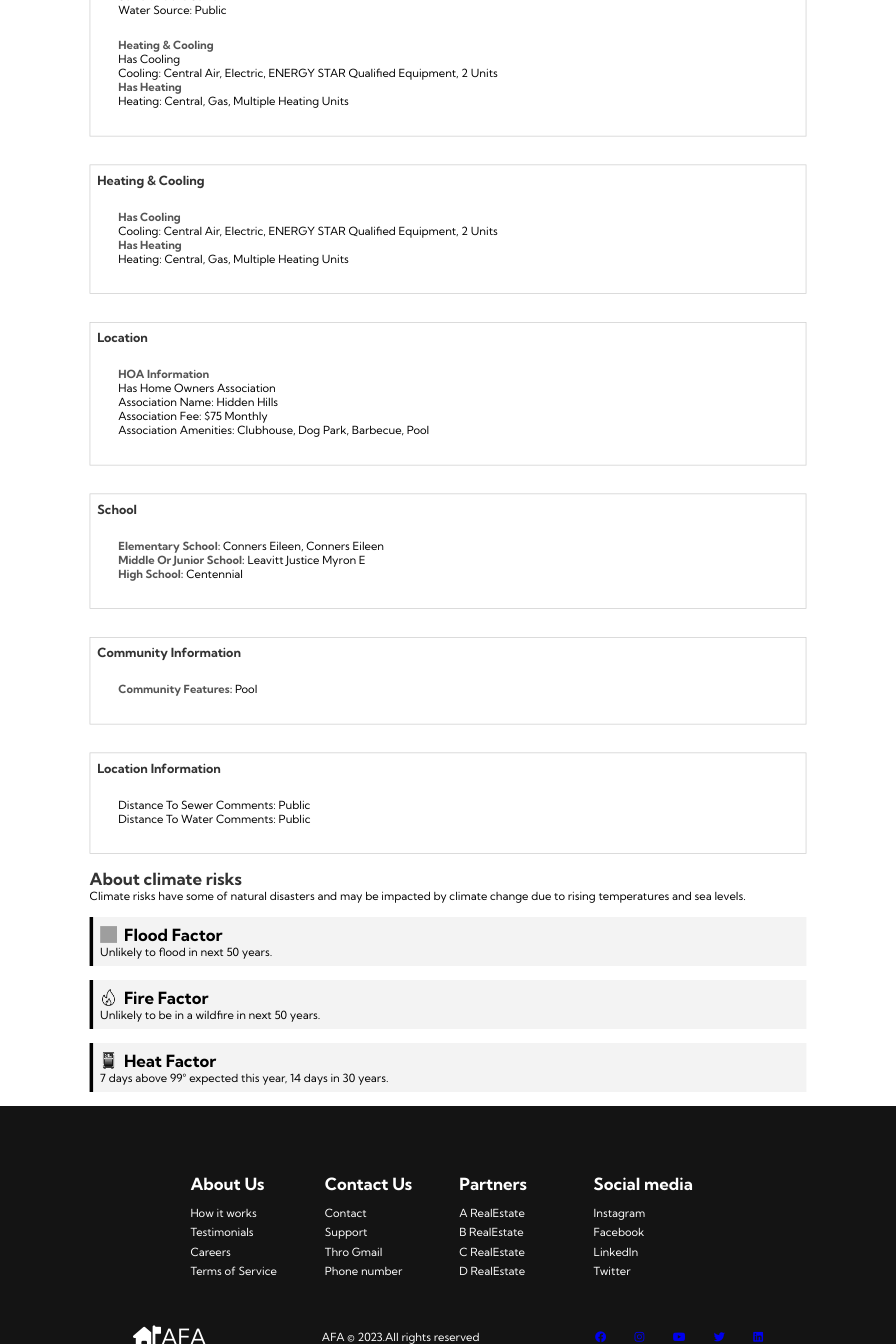
Repository: MrAllin1/ProgWWW_23_Gr1
Page: pages/House4.html
The author's editor kept a copy of each file at every save. The page is drawn from the files as they stood at one save, then again after the next save.
The browser window is 1280 px wide. The pictures show the part of the page from y = 4270 to 6190 px (the page is 6280 px tall before and 6165 px after), at 70% of full size.
Pictures or frames that could not be fetched are drawn as grey boxes. Some web libraries are served in a nearby version.

Above is the page before, as saved 2024-01-11 12:28:17.

### pages/House4.html
<!DOCTYPE html>
<html lang="en">
<head>
    <meta charset="UTF-8">
    <meta name="viewport" content="width=device-width, initial-scale=1.0">
    <link rel="stylesheet" type="text/css" href="../pages/stylesForHouse.css">
    <script src="https://kit.fontawesome.com/186711ed6a.js" crossorigin="anonymous"></script>
    <link rel="preconnect" href="https://fonts.googleapis.com">
    <link rel="preconnect" href="https://fonts.gstatic.com" crossorigin>
    <link href="https://fonts.googleapis.com/css2?family=Kumbh+Sans:wght@400;700&display=swap" rel="stylesheet">
    <link rel="stylesheet" href="https://cdnjs.cloudflare.com/ajax/libs/font-awesome/5.15.4/css/all.min.css">
    <title>House on Porter Ranch</title>
</head>
<body>
    <nav class="navbar">
        <div class="navbar_container">
            <a href="/" id="navbar_logo"> <i class="fas fa-house-flag"></i>AFA</a>
            <div class="navbar_toggle" id="mobile-menu">
                <span class="bar"></span>
                <span class="bar"></span>
                <span class="bar"></span>
            </div>
            <ul class="navbar_menu">
                <li class="navbar_item">
                    <a href="#home" class="navbar_link">Home</a>
                </li>
                <li class="navbar_item">
                    <a href="#services" class="navbar_link">Services</a>
                </li>
                <li class="navbar_item">
                    <a href="/pages/BuyRent.html" class="navbar_link">Buy/Rent</a>
                </li>
                <li class="navbar_item">
                    <a href="/pages/sell.html" class="navbar_link">Sell</a>
                </li>
                <li class="navbar_btn">
                    <a href="/pages/signUp.html" class="button">Sign Up</a>
                </li>
            </ul>
        </div>
    </nav>
    <div class="gallery-container">
        <h1>Welcome to the Porter Ranch, CA 91326 House</h1> </br>
        <a href="https://www.google.com/maps/place/20352+Via+Galileo,+Porter+Ranch,+CA+91326" target="_blank" class="services_link">20352 Via Galileo, Porter Ranch, CA 91326</a>
        <p>$2,149,000</p>
        <span>439 square meters</span>
        <div class="gallery">
            <img src="/images/House_5/item_1.jpg" alt="Image 1" />
            <img src="/images/House_5/item_2.jpg" alt="Image 2" />
            <img src="/images/House_5/item_3.jpg" alt="Image 3" />
            <img src="/images/House_5/item_4.jpg" alt="Image 4" />
            <img src="/images/House_5/item_5.jpg" alt="Image 5" />
            <img src="/images/House_5/item_6.jpg" alt="Image 6" />
            <img src="/images/House_5/item_7.jpg" alt="Image 7" />
            <img src="/images/House_5/item_8.jpg" alt="Image 8" />
            <img src="/images/House_5/item_9.jpg" alt="Image 9" />
            <img src="/images/House_5/item_10.jpg" alt="Image 10" />
            <img src="/images/House_5/item_11.jpg" alt="Image 11" />
            <img src="/images/House_5/item_12.jpg" alt="Image 12" />
            <img src="/images/House_5/item_13.jpg" alt="Image 13" />
            <img src="/images/House_5/item_14.jpg" alt="Image 14" />
            <img src="/images/House_5/item_15.jpg" alt="Image 15" />
            <img src="/images/House_5/item_16.jpg" alt="Image 16" />
            <img src="/images/House_5/item_17.jpg" alt="Image 17" />
            <img src="/images/House_5/item_18.jpg" alt="Image 18" />
            <img src="/images/House_5/item_19.jpg" alt="Image 19" />
            <img src="/images/House_5/item_20.jpg" alt="Image 20" />
            <img src="/images/House_5/item_21.jpg" alt="Image 21" />
            <img src="/images/House_5/item_22.jpg" alt="Image 22" />
            <img src="/images/House_5/item_23.jpg" alt="Image 23" />
            <img src="/images/House_5/item_24.jpg" alt="Image 24" />
            <img src="/images/House_5/item_25.jpg" alt="Image 25" />
            <img src="/images/House_5/item_26.jpg" alt="Image 26" />
            <img src="/images/House_5/item_27.jpg" alt="Image 27" />
            <img src="/images/House_5/item_28.jpg" alt="Image 28" />
            <img src="/images/House_5/item_29.jpg" alt="Image 29" />
            <img src="/images/House_5/item_30.jpg" alt="Image 30" />
            <img src="/images/House_5/item_31.jpg" alt="Image 31" />
            <img src="/images/House_5/item_32.jpg" alt="Image 32" />
            <img src="/images/House_5/item_33.jpg" alt="Image 33" />
            <img src="/images/House_5/item_34.jpg" alt="Image 34" />
            <img src="/images/House_5/item_35.jpg" alt="Image 35" />
            <img src="/images/House_5/item_36.jpg" alt="Image 36" />
            <img src="/images/House_5/item_37.jpg" alt="Image 37" />
            <img src="/images/House_5/item_38.jpg" alt="Image 38" />
            <img src="/images/House_5/item_39.jpg" alt="Image 39" />
            <img src="/images/House_5/item_40.jpg" alt="Image 40" />
            <img src="/images/House_5/item_41.jpg" alt="Image 41" />
            <img src="/images/House_5/item_42.jpg" alt="Image 42" />
            <img src="/images/House_5/item_43.jpg" alt="Image 43" />
            <img src="/images/House_5/item_44.jpg" alt="Image 44" />
            <img src="/images/House_5/item_45.jpg" alt="Image 45" />
            <img src="/images/House_5/item_46.jpg" alt="Image 46" />
            <img src="/images/House_5/item_47.jpg" alt="Image 47" />
            <img src="/images/House_5/item_48.jpg" alt="Image 48" />
            <img src="/images/House_5/item_49.jpg" alt="Image 49" />
        </div>

          <button class="arrow-button left">&#8249;</button>
          <button class="arrow-button right">&#8250;</button>
          <p><strong> About this home</strong></br> Indulge in luxury living amidst panoramic sunset views within the esteemed gated community of Renaissance at Porter Ranch. Enter this two-story 4,721 sqft estate through a spacious foyer accented by floating marble stairs and an iron-rod spiral staircase leading to the upper level. The main floor boasts a high ceiling living room anchored by a fireplace over travertine flooring. The family room is bathed in natural light streaming from glass large window that faces the yard for spectacular unobstructed hillside views. Adjacent to the family area is the gourmet kitchen, outfitted with stainless steel appliances and cabinetry. The main level also features a versatile space, and two convenient bedrooms with an attached bathroom for each. The expansive backyard boasts magnificent sunset views, a spacious solar-heated pool with fountain filtration, a spa, and a fireplace. Ascending to the upper level reveals a sizable den that can be used as an office or a game room, offering a spacious retreat. The generously proportioned master suite exudes comfort and luxury, boasting hardwood floor and marble flooring in the master bath, which includes a charming soaking tub with a jacuzzi nestled between his and her vanities. A standing glass hot steam shower offers the luxury of relaxation, while the expansive walk-in closet offers abundant storage. To conclude, the master suite has a retreat room with large window and a walk-in closet that is suited for a gym, a spacious retreat or an office. Two additional bedrooms, each with its own bathroom, contribute to the home's functional yet elegant design. Throughout, large windows showcase the surrounding natural beauty of Porter Ranch, providing a serene ambiance throughout the residence. Convenience is at your doorstep, with Whole Foods, Starbucks, and numerous popular dining destinations just minutes away at the Vineyards. The property sits near the award-winning K-8 school. Embrace an active lifestyle with nearby hiking trails and nature, while shopping options offer a vibrant city-life experience.</p>
    </div>
</br>
    <div class="property-features">
      <div class="feature">
        <i class="far fa-clock"></i> 3 weeks on AFA
      </div>
      <div class="feature">
        <i class="fas fa-warehouse"></i> 2 garage spcaces
      </div>
      <div class="feature">
        <i class="fas fa-home"></i> Single family
      </div>
      <div class="feature">
        <i class="fas fa-landmark"></i> 983 square meters
      </div>
      <div class="feature">
        <i class="fas fa-fan"></i> Has A/C
      </div>
      <div class="feature">
        <i class="fas fa-hand-holding-usd"></i> $330 monthly HOA fee
      </div>
      <div class="feature">
        <i class="fas fa-tools"></i> Built in 2022
      </div>
      <div class="feature">
        <i class="fas fa-map-marker-alt"></i> Porter Ranch
      </div>
      <div class="feature">
        <i class="fas fa-soap"></i>In-unit laundry (washer and dryer)
      </div>
      <div class="feature">
        <i class="fas fa-dollar-sign"></i> $200 for sq m
    </div>
      <div class="feature">
        <i class="fas fa-home"></i> PORA - Porter Ranch
      </div>
    </div>
    <div class="container">
        <h1>Property details for 10770 Maltese Falcon Ave</h1>
        <div class="details">
            <div class="section">
                <h2>Parking</h2>
                <ul>
                    <li><strong>Garage/Carport Information</strong><br>
                        Has Garage<br>
                        Has Attached Garage<br>
                        # of Garage Spaces: 2</li>
                    <li><strong>Parking</strong> Features: Attached, Finished Garage, Garage, Garage Door Opener, Guest </li>
                </ul>
            </div>
        </div>

        <div class="details">
            <div class="section">
                <h2>Interior</h2>
                <ul>
                    <li><strong>Virtual Tour</strong><br>
                        Virtual Tour Unbranded 1 (External Link)
                    </li>
                    <li><strong>Bedroom Information</strong><br>
                        # of Bedrooms Possible: 5
                    </li>
                    <li><strong>Bathroom Information</strong><br>
                        # of Full Bathrooms: 3
                    </li>
                    <li><strong>Room Information</strong><br>
                        # of Rooms (Total): 8
                    </li>
                    <li><strong>Room 1 Information</strong><br>
                        Primary Bedroom<br>
                        Description: Walk-In Closet(s)<br>
                        Dimensions: 17x15
                    </li>
                    <li><strong>Room 2 Information</strong><br>
                        Kitchen<br>
                        Description: Island, Walk-in Pantry
                    </li>
                    <li><strong>Room 3 Information</strong><br>
                        Family Room<br>
                        Description: Downstairs<br>
                        Dimensions: 19x17
                    </li>
                    <li><strong>Room 4 Information</strong><br>
                        Dining Room<br>
                        Description: Family Room/Dining Combo<br>
                        Dimensions: 12x7
                    </li>
                    <li><strong>Room 5 Information</strong><br>
                        Loft<br>
                        Description: Family Room<br>
                        Dimensions: 16x15
                    </li>
                    <li><strong>Room 6 Information</strong><br>
                        Bedroom 4<br>
                        Description: Closet, Downstairs<br>
                        Dimensions: 11x10
                    </li>
                    <li><strong>Room 7 Information</strong><br>
                        Bedroom 3<br>
                        Description: Closet<br>
                        Dimensions: 12x10
                    </li>
                    <li><strong>Room 8 Information</strong><br>
                        Bedroom 2<br>
                        Description: Closet<br>
                        Dimensions: 12x11
                    </li>
                    <li><strong>Laundry Information</strong><br>
                        Features: Gas Dryer Hookup, Laundry Room, Upper Level
                    </li>
                    <li><strong>Equipment</strong><br> Appliances: Built-In Gas Oven, Dryer, Dishwasher, Gas Cooktop, Disposal, Microwave, Refrigerator, Washer
                    </li>
                    <li><strong>Interior Features</strong><br>Window Features: Blinds, Double Pane Windows, Drapes, Insulated Windows, Window Treatments<br> Unfurnished<br>
                        Flooring: Laminate, Tile<br> Other Features: Bedroom on Main Level, None, Window Treatments, Programmable Thermostat
                    </li>
                </ul>
            </div>
        </div>

        <div class="details">
            <div class="section">
                <h2>Exterior</h2>
                <ul>
                    <li><strong>Building Information</strong><br> Stories: 2<br>  Year Built Details: RESALE<br>
                        Roof Details: Tile
                    </li>
                    <li><strong>Exterior Features</strong><br>
                        Exterior Features: Barbecue, Patio, Private Yard, Sprinkler/Irrigation<br>
                        Patio And Porch Features: Covered, Patio<br>
                        Security Features: Pre Wired, Security System Owned, Controlled Access<br>
                        Fencing: Block, Back Yard
                    </li>
                    <li><strong>Green Features</strong><br>
                        Green Energy Efficient: Windows, HVAC, Solar Panel(s)
                    </li>
                    <li><strong>Pool Information</strong><br>
                        Pool Features: Community
                    <li><strong>Lot Information</strong><br>Lot Size Area: 0.08<br>Lot Size Acres: 0.08<br>Lot Features:Back Yard, Desert Landscaping, Front Yard, Sprinklers In Front, Landscaped, Sprinklers Timer, < 1/4 Acre
                    <li><strong>Property Information</strong><br>Direction Faces: South<br>Resale</br>Zoning Description: Single Family</li>
                </ul>
            </div>
        </div>

        <div class="details">
            <div class="section">
                <h2>Financial</h2>
                <ul>
                    <li><strong>Tax Information</strong><br>
                        Annual Amount: $5,279
                    </li>
                </ul>
            </div>
        </div>

        <div class="details">
            <div class="section">
                <h2>Utilities</h2>
                <ul>
                    <li><strong>Utility Information</strong><br>
                        Utilities: Underground Utilities<br>
                        Electric: Photovoltaics Third-Party Owned<br>
                        Sewer: Public Sewer<br>
                        Water Source: Public
                    </li>
                    <li><strong>Heating & Cooling</strong><br>Has Cooling<br>
                        Cooling: Central Air, Electric, ENERGY STAR Qualified Equipment, 2 Units<br>
                        <strong>Has Heating</strong><br>
                        Heating: Central, Gas, Multiple Heating Units
                </ul>
            </div>
        </div>

        <div class="details">
            <div class="section">
                <h2>Heating & Cooling</h2>
                <ul>
                    <li><strong>Has Cooling</strong><br>
                        Cooling: Central Air, Electric, ENERGY STAR Qualified Equipment, 2 Units<br>
                        <strong>Has Heating</strong><br>
                        Heating: Central, Gas, Multiple Heating Units
                    </li>
                </ul>
            </div>
        </div>

        <div class="details">
            <div class="section">
                <h2>Location</h2>
                <ul>
                    <li><strong>HOA Information</strong><br>
                        Has Home Owners Association<br>
                        Association Name: Hidden Hills<br>
                        Association Fee: $75 Monthly<br>
                        Association Amenities: Clubhouse, Dog Park, Barbecue, Pool
                    </li>
                </ul>
            </div>
        </div>

        <div class="details">
            <div class="section">
                <h2>School</h2>
                <ul>
                    <li><strong>Elementary School:</strong> Conners Eileen, Conners Eileen<br>
                        <strong>Middle Or Junior School:</strong> Leavitt Justice Myron E<br>
                        <strong>High School:</strong> Centennial
                    </li>
                </ul>
            </div>
        </div>

        <div class="details">
            <div class="section">
                <h2>Community Information</h2>
                <ul>
                    <li><strong>Community Features:</strong> Pool</li>
                </ul>
            </div>
        </div>

        <div class="details">
            <div class="section">
                <h2>Location Information</h2>
                <ul>
                    <li>Distance To Sewer Comments: Public<br>Distance To Water Comments:</strong> Public
                    </li>
                </ul>
            </div>
        </div>
    </div>


      <div class="container">
        <h1>About climate risks</h1>
        <p>Climate risks have some of natural disasters and may be impacted by climate change due to rising temperatures and sea levels.</p>

        <div class="risk-factor" id="floodRisk">
            <h2>Flood Factor</h2>
            <p>Unlikely to flood in next 50 years.</p>
        </div>

        <div class="risk-factor" id="fireRisk">
            <h2>Fire Factor</h2>
            <p>Unlikely to be in a wildfire in next 50 years.</p>
        </div>

        <div class="risk-factor" id="heatRisk">
            <h2>Heat Factor</h2>
            <p>7 days above 99° expected this year, 14 days in 30 years.</p>
        </div>
    </div>
    <div class="footer_container">
        <div class="footer_links">
            <div class="footer_link-wrapper">
                <div class="footer_link-items">
                    <h2>About Us</h2>
                    <a href="/">How it works</a>
                    <a href="/">Testimonials</a>
                    <a href="/">Careers</a>
                    <a href="/">Terms of Service</a>
                </div>
                <div class="footer_link-items">
                    <h2>Contact Us</h2>
                    <a href="/">Contact</a>
                    <a href="/">Support</a>
                    <a href="/">Thro Gmail</a>
                    <a href="/">Phone number</a>
                </div>
            </div>
            <div class="footer_link-wrapper">
                <div class="footer_link-items">
                    <h2>Partners</h2>
                    <a href="/">A RealEstate</a>
                    <a href="/">B RealEstate</a>
                    <a href="/">C RealEstate</a>
                    <a href="/">D RealEstate</a>
                </div>
                <div class="footer_link-items">
                    <h2>Social media</h2>
                    <a href="https://www.instagram.com" target="_blank">Instagram</a>
                    <a href="https://www.facebook.com" target="_blank">Facebook</a>
                    <a href="https://www.linkedin.com" target="_blank">LinkedIn</a>
                    <a href="https://www.twitter.com" target="_blank">Twitter</a>
                </div>
            </div>
        </div>
        <div class="social_media">
            <div class="social_media-wrap">
                <div class="footer_logo">
                    <a href="/" id="footer_logo"> <i class="fas fa-house-flag"></i>AFA</a>
                </div>
                <p class="website_rights">AFA © 2023.All rights reserved</p>
                <div class="social_icons">
                    <a href="/" class="social_icon_link" target="_blank"><i class="fab fa-facebook"></i></a>
                    <a href="https://www.instagram.com" class="social_icon_link" target="_blank"><i class="fab fa-instagram"></i></a>
                    <a href="https://www.facebook.com" class="social_icon_link" target="_blank"><i class="fab fa-youtube"></i></a>
                    <a href="https://www.twitter.com" class="social_icon_link" target="_blank"><i class="fab fa-twitter"></i></a>
                    <a href="https://www.linkedin.com" class="social_icon_link" target="_blank"><i class="fab fa-linkedin"></i></a>
                </div>
            </div>
        </div>
    </div>

    <script src="../app.js"></script>

</body>
</html>

Loaded but not shown: app.js (155 lines, source omitted); pages/stylesForHouse.css (778 lines, source omitted)

After the next save:
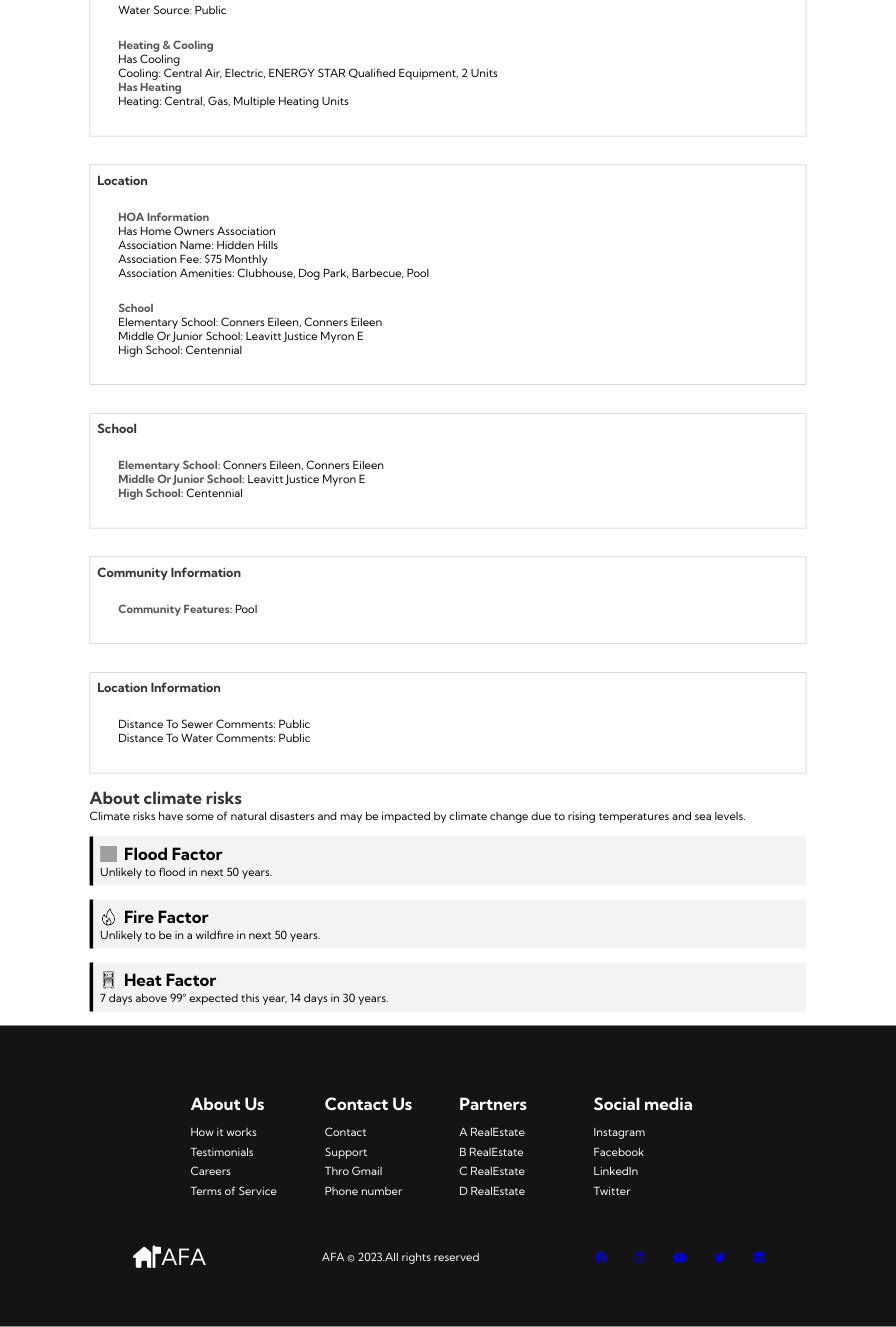
Saved 92 s later.
--- a/pages/House4.html
+++ b/pages/House4.html
@@ -273,19 +273,6 @@
 
         <div class="details">
             <div class="section">
-                <h2>Heating & Cooling</h2>
-                <ul>
-                    <li><strong>Has Cooling</strong><br>
-                        Cooling: Central Air, Electric, ENERGY STAR Qualified Equipment, 2 Units<br>
-                        <strong>Has Heating</strong><br>
-                        Heating: Central, Gas, Multiple Heating Units
-                    </li>
-                </ul>
-            </div>
-        </div>
-
-        <div class="details">
-            <div class="section">
                 <h2>Location</h2>
                 <ul>
                     <li><strong>HOA Information</strong><br>
@@ -293,6 +280,8 @@
                         Association Name: Hidden Hills<br>
                         Association Fee: $75 Monthly<br>
                         Association Amenities: Clubhouse, Dog Park, Barbecue, Pool
+                    </li>
+                    <li><strong>School</strong><br>Elementary School: Conners Eileen, Conners Eileen<br>Middle Or Junior School: Leavitt Justice Myron E<br>High School: Centennial
                     </li>
                 </ul>
             </div>
